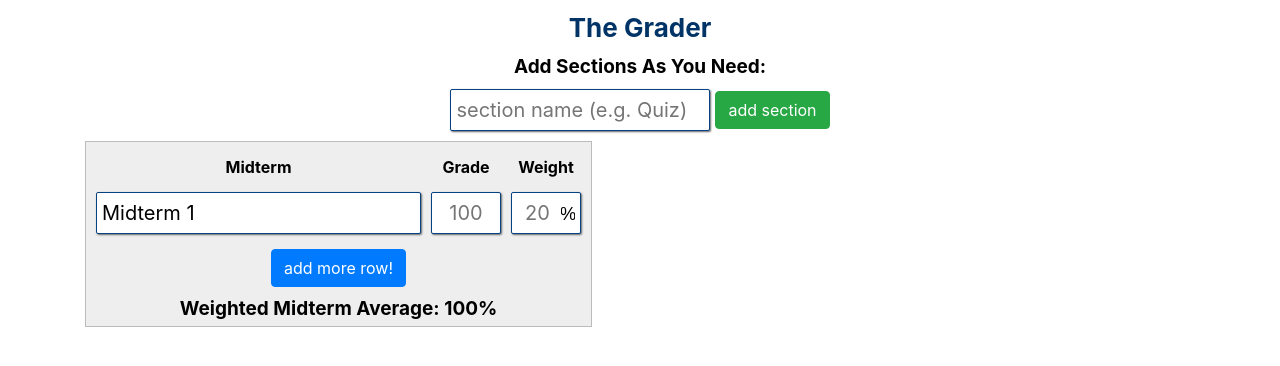
Repository: BarishNamazov/BarishNamazov.github.io
Page: thegrader/index.html
These files come from the project's save history. The page is drawn as it stood at one moment and after the next save; the edit follows.
The browser window is 1280 px wide. The pictures show the whole page.

Above is the page before, as saved 2020-10-31 18:23:12.

### thegrader/index.html
<!doctype html>
<html lang="en">
  <head>
    <meta charset="utf-8">
    <meta name="viewport" content="width=device-width, initial-scale=1, shrink-to-fit=no">

    <!-- Bootstrap CSS -->
    <link rel="stylesheet" href="https://cdn.jsdelivr.net/npm/bootstrap@4.5.3/dist/css/bootstrap.min.css" integrity="sha384-TX8t27EcRE3e/ihU7zmQxVncDAy5uIKz4rEkgIXeMed4M0jlfIDPvg6uqKI2xXr2" crossorigin="anonymous">

    <!-- Custon CSS -->
    <link rel="stylesheet" href="app.css">

    <title>The Grader</title>
  </head>
  <body>
    <div class="container">
      <div class="row">
        <div class="col-lg-12">
          <h1>The Grader</h1>

          <h3>Add Sections As You Need:</h3>

          <div class="divSectionAdder">
            <input type="text" class="sectionName" placeholder="section name (e.g. Quiz)"><button valign="center" class="btn btn-success sectionAdder" id="sectionAdder">add section</button>
          </div>

          <table class="gradePanel">
            <tbody>
              <tr>
                <td>
                  <table>
                    <tbody>
                      <tr class="rowHeader">
                        <td class="tableHeader tableName"><strong>Midterm</strong></td>
                        <td class="tableHeader"><strong>Grade</strong></td>
                        <td class="tableHeader"><strong>Weight</strong></td>
                      </tr>
                      <tr>
                        <td><input type="text" class="gradeName" value="Midterm 1"></td>
                        <td><input type="text" class="gradeValue" placeholder="100"></td>
                        <td><input type="text" class="gradeWeight percentIcon" placeholder="20"></td>
                      </tr>
                    </tbody>
                  </table>

                  <div class="moreRows"></div>

                  <button class="btn btn-primary rowAdder" id="section1RowAdder">add more row!</button>

                  <div class="gradeBar">
                    <h3>
                      Weighted <span class="nameOfSection">Midterm</span> Average: <span class="sectionAverage">100</span>%
                    </h3>
                  </div>
                </td>
              </tr>
            </tbody>
          </table>
          <div class="moreSections"></div>
        </div>
      </div>
    </div>



    <script src="https://code.jquery.com/jquery-3.5.1.slim.min.js" integrity="sha384-DfXdz2htPH0lsSSs5nCTpuj/zy4C+OGpamoFVy38MVBnE+IbbVYUew+OrCXaRkfj" crossorigin="anonymous"></script>
    <script src="https://cdn.jsdelivr.net/npm/bootstrap@4.5.3/dist/js/bootstrap.bundle.min.js" integrity="sha384-ho+j7jyWK8fNQe+A12Hb8AhRq26LrZ/JpcUGGOn+Y7RsweNrtN/tE3MoK7ZeZDyx" crossorigin="anonymous"></script>
    <script src="https://code.jquery.com/jquery-3.5.1.min.js" integrity="sha256-9/aliU8dGd2tb6OSsuzixeV4y/faTqgFtohetphbbj0=" crossorigin="anonymous"></script>
    <script src="scripts.js"></script>
  </body>
</html>

### thegrader/app.css
body,p,td,div,input,th,li,textarea{font-size:16px;color:#000;}

body{background:#fff;margin:0px;padding:0px;border:0;text-align: center;}

h1 {
  text-align: center;
  color: blue;
}
.divSectionAdder{
  margin: 10px auto;
  display: flex;
  align-items: center;
  justify-content: center;
}
.sectionName{
  margin-right: 5px;
  width: 260px;
}
.gradePanel{
	background:#eee;
	border: solid 1px #bbbbbb;
  padding: 10px;
  margin-bottom: 10px;
}
td{
  padding: 5px;
}

h1{color:#003366;font-size:26px;font-weight:bold;padding:0;margin:12px 0;}
#resulth1{background-color:#ffefe7;padding:0px 5px 0px 5px;border-top:#930 1px dotted;}
h2{font-size:22px;font-weight:bold;color:#003366;padding:0; margin-bottom: 2px;}
h3{font-size:19px;font-weight:bold;}
hr{border:0;color:#aaa;background-color:#aaa;height:1px;}
a{color:#069;text-decoration:underline;}
a:hover{text-decoration:none;}
input{padding: 5px;color:#000;}
select{padding: 4px;color:#000;}
option{font-size:16px;}
input[type=text],
input[type=number],
select {
	border: 1px solid #044284;
	border-radius: 2px;
	box-shadow: 1px 1px 2px #666;
	font-size:20px;
}

.tableHeader{
  text-align: center;
}
.rowHeader{
  height: 40px;
}
.gradeWeight, .gradeValue{
  text-align:center;
  width: 70px;
}
.percentIcon{
	background: white url('media/percent.svg') right 5px center no-repeat;
  padding-right: 22px;
}
.rowAdder{
  margin: 10px auto;
}
h3{
  display: inline;
}

### thegrader/scripts.js
var newRow = "<table><tbody><tr><td><input type=\"text\" class=\"gradeName\" value=\"Midterm X\" autocomplete=\"off\"></td><td><input type=\"text\" class=\"gradeValue\"></td><td><input type=\"text\" class=\"gradeWeight percentIcon\"></td></tr></tbody></table>\n ";

var newSection = "<table class=\"gradePanel\"> <tbody> <tr> <td> <table> <tbody> <tr class=\"rowHeader\"> <td class=\"tableHeader tableName\"><strong>Midterm</strong></td> <td class=\"tableHeader\"><strong>Grade</strong></td> <td class=\"tableHeader\"><strong>Weight</strong></td> </tr> <tr> <td><input type=\"text\" class=\"gradeName\" value=\"Midterm 1\" autocomplete=\"off\"></td> <td><input type=\"text\" class=\"gradeValue\" placeholder=\"100\"></td> <td><input type=\"text\" class=\"gradeWeight percentIcon\" placeholder=\"20\"></td> </tr> </tbody> </table> <div class=\"moreRows\"></div> <button class=\"btn btn-primary rowAdder\">add more row!</button> </td> </tr> </tbody> </table>";

$("input").attr("autocomplete", "off");

if (!String.prototype.splice) {
  String.prototype.splice = function(start, delCount, newSubStr) {
      return this.slice(0, start) + newSubStr + this.slice(start + Math.abs(delCount));
  };
}

var sectionCount = 1;

function rowAdder(){
  var idx = $(this).parents(".gradePanel").find("table").length + 1;
  var namePanel = $(this).parents(".gradePanel").find(".tableName").text();
  var editedRow = newRow.replace("Midterm X", namePanel + " " + idx);
  $(this).parents(".gradePanel").find(".moreRows").before(editedRow);
}
$(".rowAdder").on("click", rowAdder);

function sectionAdder(dir){
  var x = (typeof dir == "string") ? $(dir) : $(this);
  var sectionInputName = $(".sectionName").val();
  if (!sectionInputName) return;
  var editedSection = newSection.replaceAll("Midterm", sectionInputName);

  $(".moreSections").before(editedSection);

  $(".rowAdder").eq(sectionCount++).on("click", rowAdder);

  $(".sectionName").val(null);
}


$(".sectionAdder").on("click", sectionAdder);
$(".sectionName").on("keypress", function(e) {
  if (e.which == 13) {
    sectionAdder(".sectionName");
  }
})

function updateSectionGrade() {
  var section = $(this).parents(".gradePanel");
  var grades = section.find(".gradeValue"), weights = section.find(".gradeWeight");
  var contribution = 0.0;
  for (var i = 0; i < grades.length; i++) {
    // console.log(grades[i]);
    console.log(weights[i]);
    contribution += Number(grades[i].value) * Number(weights[i].value) / 100.0;
  }
  section.find(".sectionAverage").text(contribution);
}

$(".gradeValue").change(updateSectionGrade);
$(".gradeWeight").change(updateSectionGrade);

After the next save:
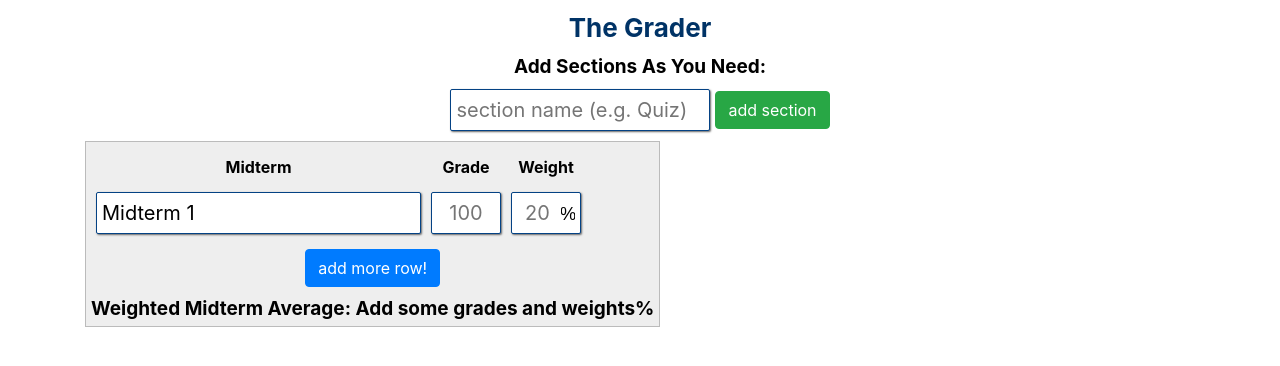
Saved 46 s later.
--- a/thegrader/index.html
+++ b/thegrader/index.html
@@ -49,7 +49,7 @@
 
                   <div class="gradeBar">
                     <h3>
-                      Weighted <span class="nameOfSection">Midterm</span> Average: <span class="sectionAverage">100</span>%
+                      Weighted <span class="nameOfSection">Midterm</span> Average: <span class="sectionAverage">Add some grades and weights</span>%
                     </h3>
                   </div>
                 </td>

After the save that followed:
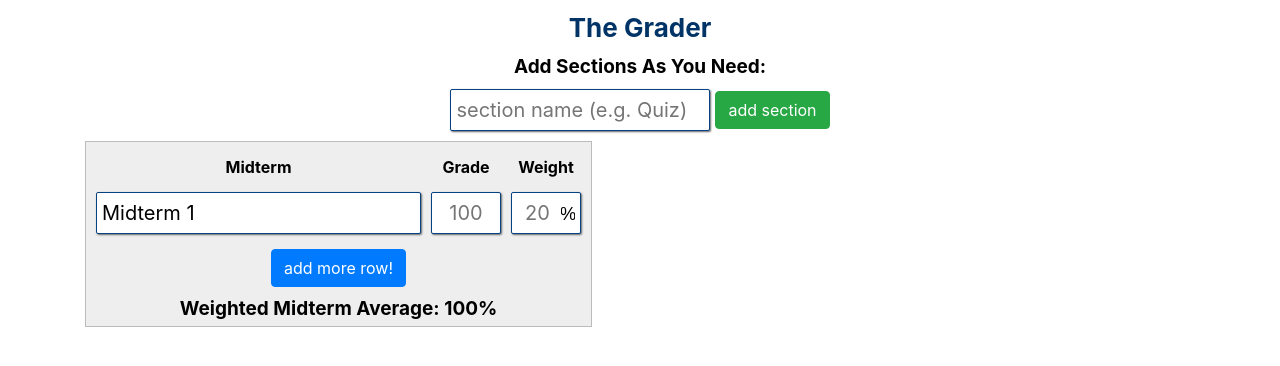
Saved 6 s later.
--- a/thegrader/index.html
+++ b/thegrader/index.html
@@ -49,7 +49,7 @@
 
                   <div class="gradeBar">
                     <h3>
-                      Weighted <span class="nameOfSection">Midterm</span> Average: <span class="sectionAverage">Add some grades and weights</span>%
+                      Weighted <span class="nameOfSection">Midterm</span> Average: <span class="sectionAverage">100</span>%
                     </h3>
                   </div>
                 </td>
